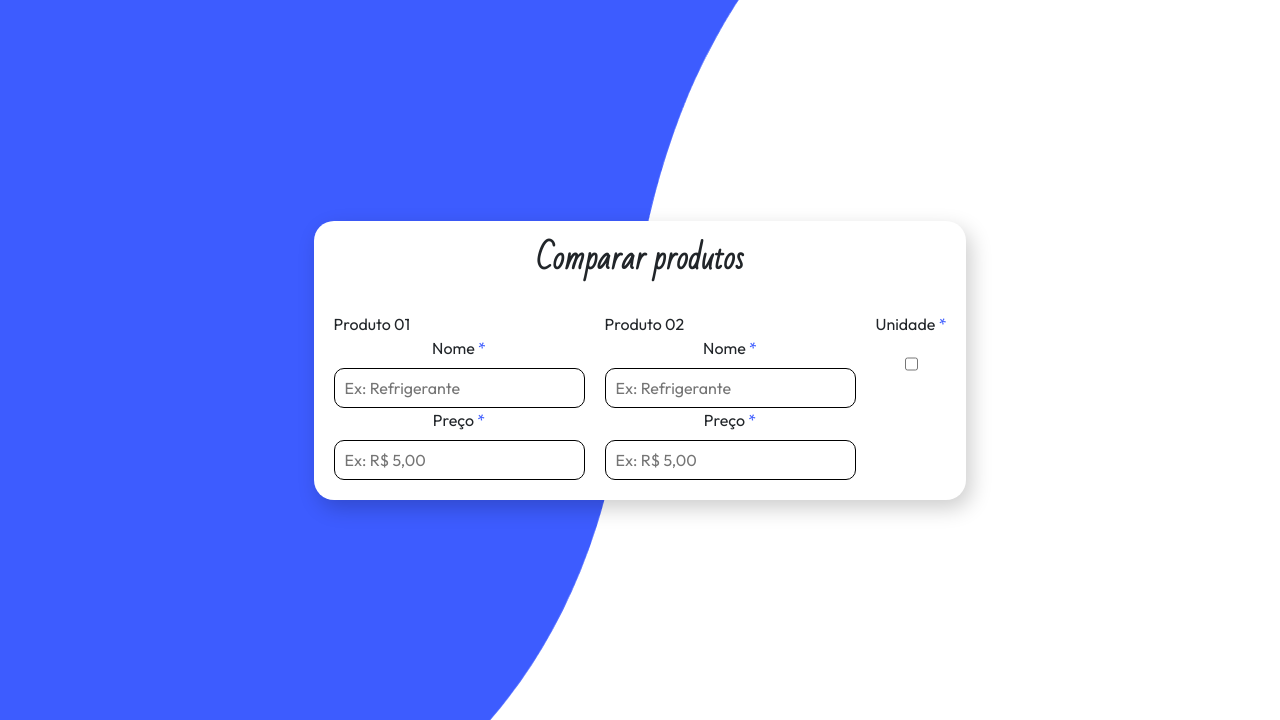
Repository: GabrielMA0/CheckMart
Page: /compare-product
The author's editor kept a copy of each file at every save. The page is drawn from the files as they stood at one save, then again after the next save.
The browser window is 1280 px wide. The pictures show the whole page.
The project was rebuilt for these pictures with package versions that can differ from the ones it lists, and the page was loaded fresh each time. Also part of the build but not shown: vite.config.js, src/components/Button.vue, src/stores/cart.js, src/stores/modal.js, src/components/Header.vue, src/components/Cart.vue, src/components/Modal.vue.

Above is the page before, as saved 2025-08-06 20:08:02.

After the next save:
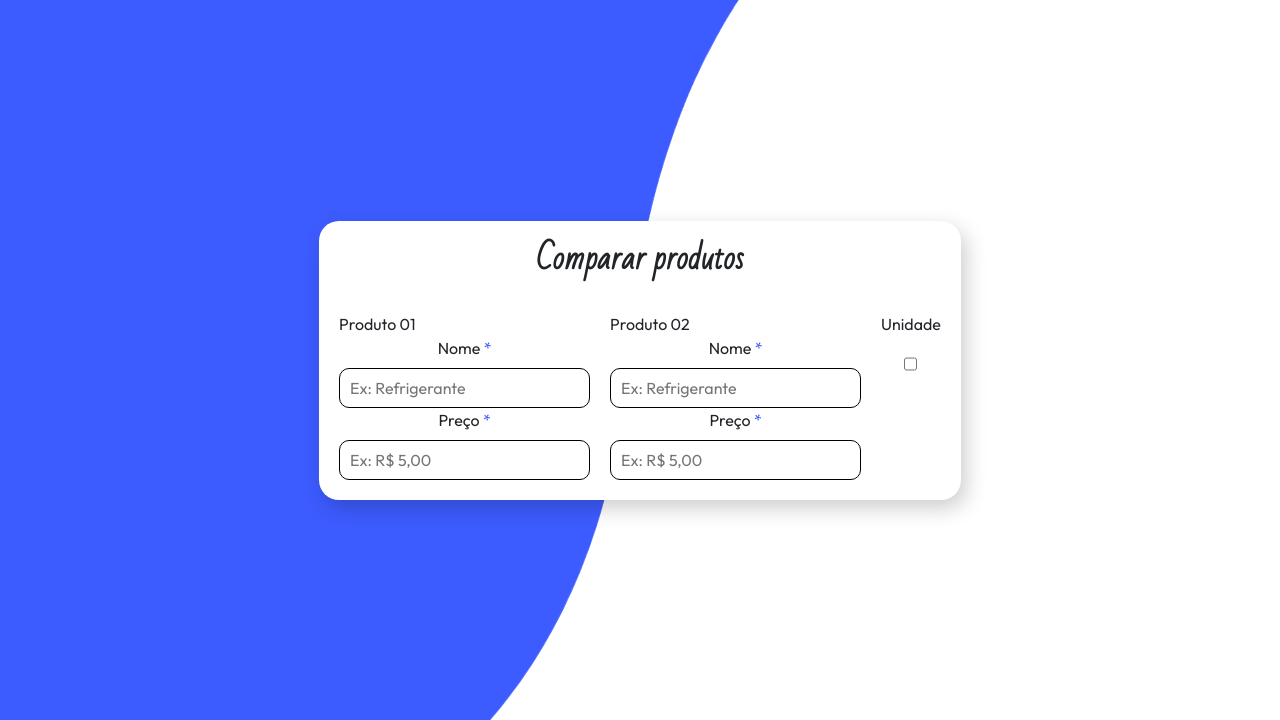
Saved 10 min 37 s later.
--- a/src/views/CompareProduct.vue
+++ b/src/views/CompareProduct.vue
@@ -66,7 +66,7 @@ import Input from '../components/Input.vue'
                 v-model.lazy="price"
                 v-money="money"
                 @keydown="blockNegativeNumbers"
-                :isRequired="true"
+                :isRequired="false"
                 :hasError="submitCount > 0 && priceError ? true : false"
                 :messageError="priceError"
                 />
